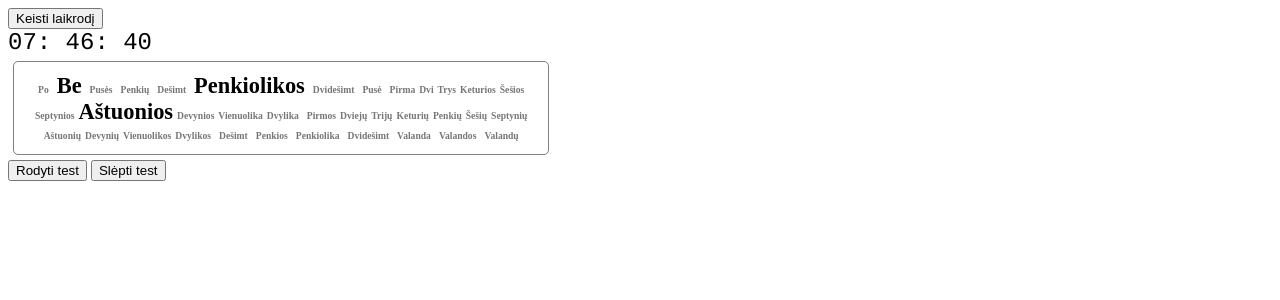
Repository: Skaidrius/WordClock
Page: index.html
The author's editor kept a record of every edit. The page is drawn from the files as they stood at one moment, then again after the next edit.
The browser window is 1280 px wide. The pictures show the whole page.
Some web libraries are served in a nearby version.

Above is the page before.

After the next edit:
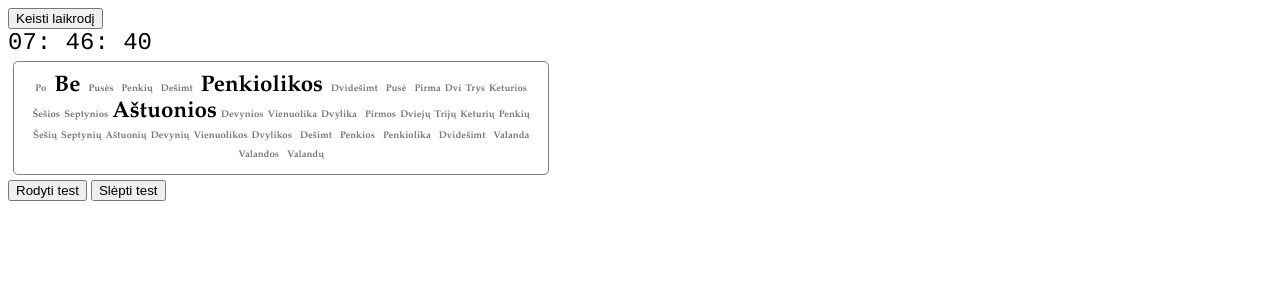
The edit:
--- a/style.css
+++ b/style.css
@@ -1,3 +1,7 @@
+body {
+    font-family: 'Book Antiqua', 'Palatino Linotype', Palatino, serif;
+}
+
 #clck-bgr {
     text-align: center;
 }
